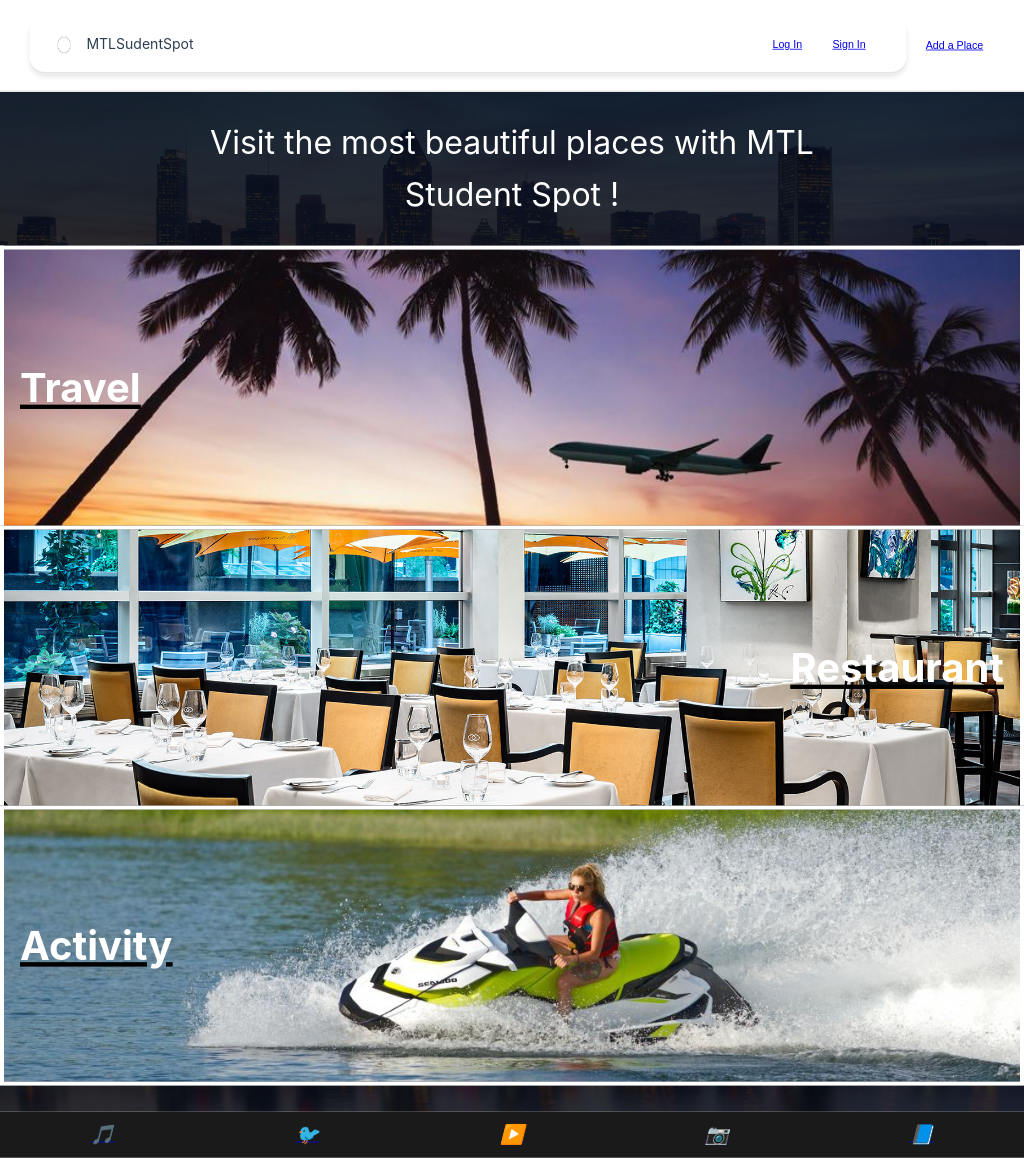
Repository: KevMn6ix/MOD8-2232-GRA-Damois-Leroi--Morant-Munto
Page: / (app in client/)
These files come from the project's save history. The page is drawn as it stood at one moment and after the next save; the edit follows.
The browser window is 1280 px wide. The pictures show the whole page, at 80% of full size.
The project was rebuilt for these pictures with package versions that can differ from the ones it lists, and the page was loaded fresh each time. Also part of the build but not shown: client/vite.config.js, client/src/components/HelloWorld.vue, client/src/services/Api.js, client/src/services/AuthentificationService.js, client/src/components/Login.vue, client/src/views/LoginPage.vue, client/src/components/PlaceItem.vue, client/src/components/PlaceList.vue.

Above is the page before, as saved 2023-10-18 13:29:35.

After the next save:
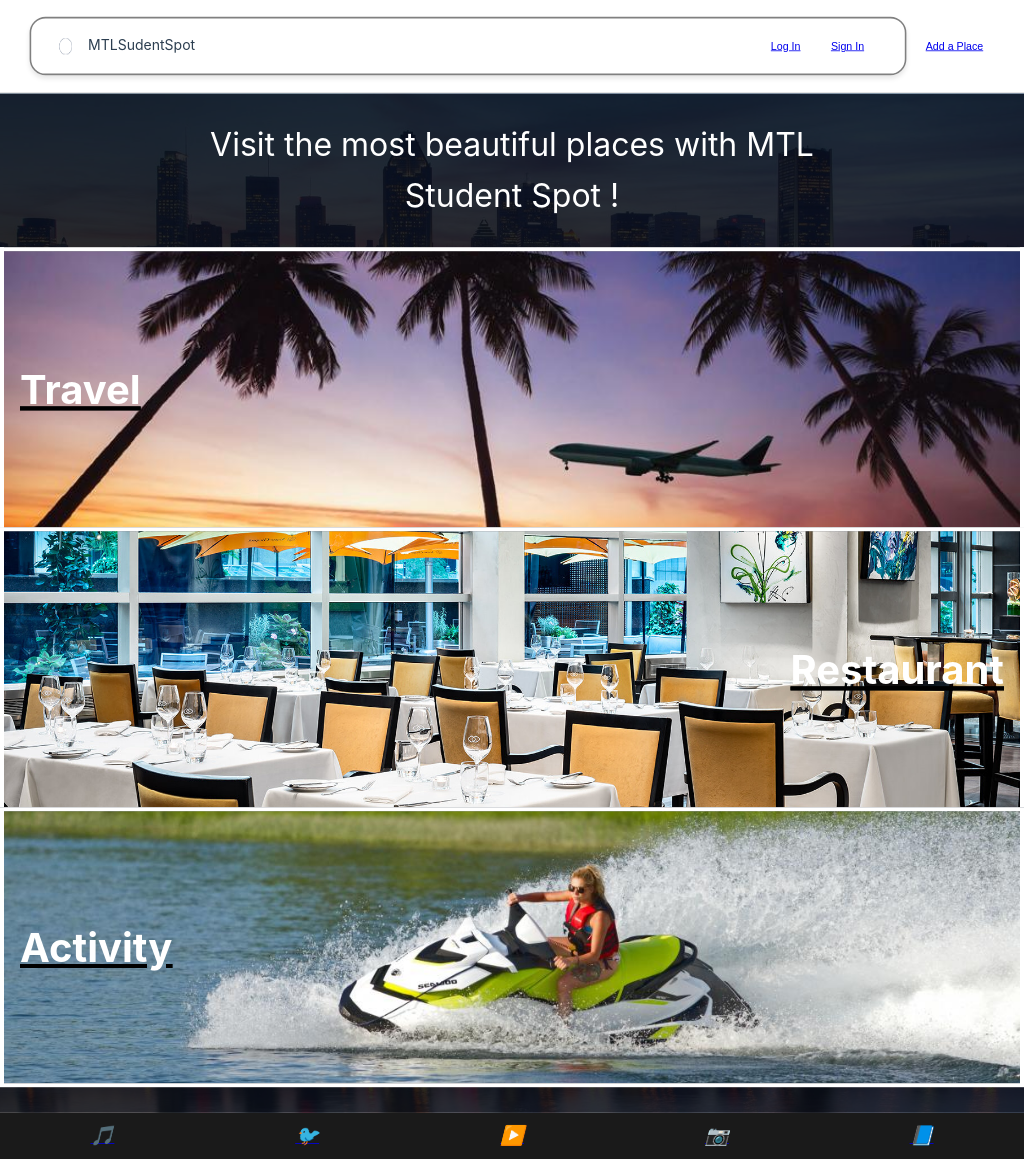
Saved 27 s later.
--- a/client/src/components/NavBar.vue
+++ b/client/src/components/NavBar.vue
@@ -41,6 +41,7 @@ nav {
     box-shadow: 0 4px 6px rgba(0, 0, 0, 0.1);
     border-bottom: 2px solid rgba(0, 0, 0, 0.1);
     border-radius: 20px;
+    border: 2px solid gray;
     margin: 5px;
 }
 
